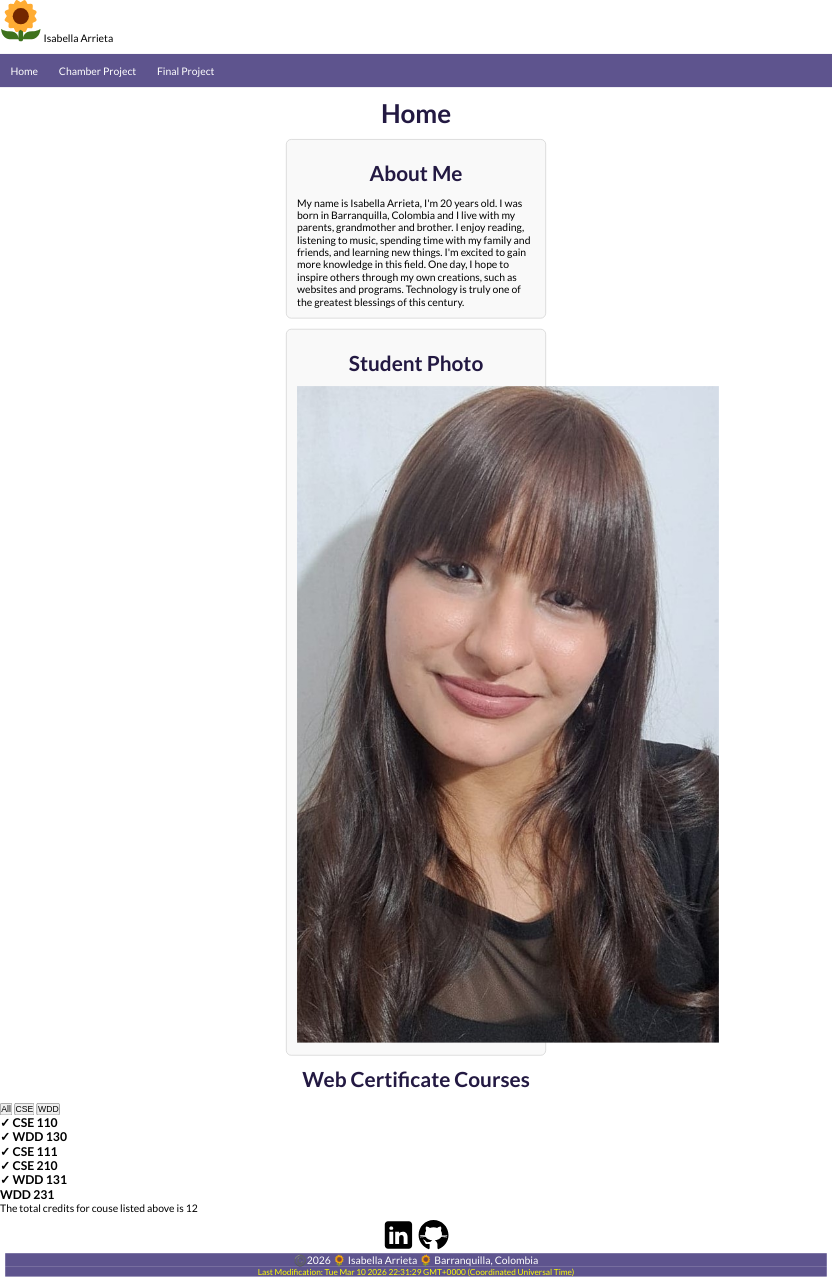
Repository: isaAJ05/wdd231
Page: index.html
The author's editor kept a copy of each file at every save. The page is drawn from the files as they stood at one save, then again after the next save.
The browser window is 1280 px wide. The pictures show the whole page, at 65% of full size.
Some web fonts or font styles are not loaded; a fallback is used.

Above is the page before, as saved 2026-03-10 23:43:28.

### index.html
<!DOCTYPE html>
<html lang="en">
<head>
    <meta charset="UTF-8">
    <meta name="viewport" content="width=device-width, initial-scale=1.0">
    <title>WDD 231 – Web Frontend Development I – Isabella Arrieta</title>
    <meta name="description" content="WDD 231 – Web Frontend Development I Isabella Arrieta, This is a page about me">
    <meta name="author" content="Isabella Arrieta">
    <link rel="stylesheet" href="styles/normalize.css">
    <link rel="preconnect" href="https://fonts.googleapis.com">
    <link rel="preconnect" href="https://fonts.gstatic.com" crossorigin>
    <link href="https://fonts.googleapis.com/css2?family=Lato:ital,wght@0,100;0,300;0,400;0,700;0,900;1,100;1,300;1,400;1,700;1,900&family=Open+Sans:ital,wght@0,300..800;1,300..800&family=Play:wght@400;700&family=Raleway:ital,wght@0,100..900;1,100..900&display=swap" rel="stylesheet">
    <script src="scripts/getdates.js" defer></script>
    <script src="scripts/hamburguer.js" defer></script>
    <script src="scripts/courses.js" defer></script>
</head>
<body>
    <header>
        <div class="title">
            <img src="images/sunflower-svgrepo-com.svg" alt="Isabella Arrieta logo">
            <span>Isabella Arrieta</span>
        </div>
        <button id="menu" aria-label="Open menu"></button>
        <nav>
            <ul class="navigation">
			<li><a href="index.html">Home</a></li>
			<li><a href="#" class="chamber">Chamber Project</a></li>
			<li><a href="#" class="final">Final Project</a></li>
		</ul>
        </nav>
    </header>
    <main>
        <h1>Home</h1>
        <section class="card">
            <div class="rectangle">
                <h2>About Me</h2>
            </div>
            <div class="presentation">
            <p>My name is Isabella Arrieta, I'm 20 years old. I was born in Barranquilla, Colombia and I live with my parents, grandmother and brother. I enjoy reading, listening to music, spending time with my family and friends, and learning new things. I'm excited to gain more knowledge in this field. One day, I hope to inspire others through my own creations, such as websites and programs. Technology is truly one of the greatest blessings of this century.</p>
            </div>
            </section>

        <section class="card">
            <div class="rectangle">
                <h2>Student Photo</h2>
            </div>
            <img src ="images/isa.jpg" alt="Isabella Arrieta picture">
            </section>

        <section class="card2">
            <div class="rectangle">
                <h2>Web Certificate Courses</h2>
            </div>
               <div class="course-buttons">
                <button id="all">All</button>
                <button id="cse">CSE</button>
                <button id="wdd">WDD</button>
            </div>

            <div id="courses"></div>

            <p>The total credits for couse listed above is <span id="totalCredits"></span></p>

        </section>
    </main>
    <footer>
        <div class ="icons">
                <a href="https://www.linkedin.com/in/isabella-arrieta/" target="_blank"><img src="images/icons8-linkedin.svg" alt="LinkedIn icon"></a>
                <a href="https://github.com/isaaj05" target="_blank"><img src="images/icons8-github.svg" alt="GitHub icon"></a>
        </div>
        <p>
            ©️<span id="currentyear"></span> 🌻 Isabella Arrieta 🌻 Barranquilla, Colombia
        </p>
        <p class="last-modified">
            <span id="lastModified"></span>
        </p>
    </footer>

</body>
</html>

### styles/normalize.css
:root {
    --primary-color: #231942;
    --secondary-color: #5e548e;
    --font: "Lato", sans-serif;
}
* {
	margin: 0;
	padding: 0;
	box-sizing: border-box;
}
body{
	font-family: var(--font);
}
h1 {
	text-align: left;
	color: var(--primary-color);
	font-size: 1.5rem;
	margin-left: 1rem;
	position: left;
}

h2 {
	font-size: 1.2rem;
	color: var(--primary-color);
	text-align: left;
	margin: 1rem;
	}
header {
    position: relative;

}
nav {
	margin: 1rem auto;
}

/* small view navigation */
#menu {
	font-size: 1.5rem;
	border: 0;
	background: none;
	color: #000;
 	position: absolute;
  top: 1rem;
	right: 1rem;
}

#menu::before {
	content: "☰";
}

#menu.open::before {
	content: "✖️";
}

.navigation {
	display: flex;
	flex-direction: column;
	list-style: none;
	background-color: var(--secondary-color);
	color: #fff;
}

.navigation a {
	display: none;
	padding: 1rem;
	text-align: center;
	text-decoration: none;
	color: #fff;
}
.navigation a:hover {
	background-color: #bbb;
	color: #333;
	font-weight: 700;
}

/* when the button is clicked - the open class is toggled (added/removed) */
.open a {
	display: block;
}

.active::before {
	content: "📍";  /* just a wayfinding symbol for the user */
}

.card {
	border: 1px solid #ccc;
	border-radius: 8px;
	padding: 1rem;
	margin: 1rem auto;
	max-width: 400px;
	background-color: #f9f9f9;
}
.rectangle{
	border

}

footer {
    color:  #fff;
    text-align: center;
    padding: 8px;
}
footer p {
    background: var(--secondary-color);
}
.last-modified {
    font-size: 0.8rem;
    color: yellow;
}

/* large view navigation ************************************/
@media (min-width: 37.5em) {
	h1 {
		font-size: 2.5rem;
		margin-left: 0;
		text-align: center;
	}

	h2 {
		font-size: 2rem;
		text-align: center;
	}

	#menu {
		display: none; /* hide hamburger button */
	}

	.navigation {
		flex-direction: row;
	}

	.navigation a {
		display: block;
		flex: 1 1 100%;
	}

	.stuff {
		margin: 1rem auto;
	}
}

### scripts/getdates.js
const year = document.querySelector("#currentyear");
const today = new Date();
year.innerHTML = `<span class="highlight">${today.getFullYear()}</span>`;
const lastMod = document.querySelector("#lastModified");
let oLastModif = new Date(document.lastModified);
lastMod.innerHTML = `Last Modification: <span class="highlight">${oLastModif}</span>`;

### scripts/hamburguer.js
const hamButton = document.querySelector('#menu');
const navigation = document.querySelector('.navigation');
const title = document.querySelector('.title');

hamButton.addEventListener('click', () => {
	navigation.classList.toggle('open');
    hamButton.classList.toggle('open');
    title.classList.toggle('open');
});

### scripts/courses.js
// here we select the elements we need to interact with
const courseContainer = document.querySelector("#courses"); // container for the course cards
const totalCredits = document.querySelector("#totalCredits"); // element to display total credits
// buttons to filter courses
const allBtn = document.querySelector("#all");
const cseBtn = document.querySelector("#cse");
const wddBtn = document.querySelector("#wdd");
// array given by the university with all the courses in the web certificate program
const courses = [
    {
        subject: 'CSE',
        number: 110,
        title: 'Introduction to Programming',
        credits: 2,
        certificate: 'Web and Computer Programming',
        description: 'This course will introduce students to programming. It will introduce the building blocks of programming languages (variables, decisions, calculations, loops, array, and input/output) and use them to solve problems.',
        technology: [
            'Python'
        ],
        completed: true
    },
    {
        subject: 'WDD',
        number: 130,
        title: 'Web Fundamentals',
        credits: 2,
        certificate: 'Web and Computer Programming',
        description: 'This course introduces students to the World Wide Web and to careers in web site design and development. The course is hands on with students actually participating in simple web designs and programming. It is anticipated that students who complete this course will understand the fields of web design and development and will have a good idea if they want to pursue this degree as a major.',
        technology: [
            'HTML',
            'CSS'
        ],
        completed: true
    },
    {
        subject: 'CSE',
        number: 111,
        title: 'Programming with Functions',
        credits: 2,
        certificate: 'Web and Computer Programming',
        description: 'CSE 111 students become more organized, efficient, and powerful computer programmers by learning to research and call functions written by others; to write, call , debug, and test their own functions; and to handle errors within functions. CSE 111 students write programs with functions to solve problems in many disciplines, including business, physical science, human performance, and humanities.',
        technology: [
            'Python'
        ],
        completed: true
    },
    {
        subject: 'CSE',
        number: 210,
        title: 'Programming with Classes',
        credits: 2,
        certificate: 'Web and Computer Programming',
        description: 'This course will introduce the notion of classes and objects. It will present encapsulation at a conceptual level. It will also work with inheritance and polymorphism.',
        technology: [
            'C#'
        ],
        completed: true
    },
    {
        subject: 'WDD',
        number: 131,
        title: 'Dynamic Web Fundamentals',
        credits: 2,
        certificate: 'Web and Computer Programming',
        description: 'This course builds on prior experience in Web Fundamentals and programming. Students will learn to create dynamic websites that use JavaScript to respond to events, update content, and create responsive user experiences.',
        technology: [
            'HTML',
            'CSS',
            'JavaScript'
        ],
        completed: true
    },
    {
        subject: 'WDD',
        number: 231,
        title: 'Frontend Web Development I',
        credits: 2,
        certificate: 'Web and Computer Programming',
        description: 'This course builds on prior experience with Dynamic Web Fundamentals and programming. Students will focus on user experience, accessibility, compliance, performance optimization, and basic API usage.',
        technology: [
            'HTML',
            'CSS',
            'JavaScript'
        ],
        completed: false
    }
]
// function to display the courses on the page
function displayCourses(courseList) {
    courseContainer.innerHTML = ""; // clear the container before adding new courses

    courseList.forEach(course => {
        const card = document.createElement("div"); // create a card for each course
        card.classList.add("course-card");

        if (course.completed) {
            card.classList.add("completed");// add a class to indicate the course is completed
        }

        card.innerHTML = `
            <h3>${course.completed ? '✓' : ''} ${course.subject} ${course.number}</h3>
        `;

        courseContainer.appendChild(card); // add the card to the container
    });

    calculateCredits(courseList);
}
function calculateCredits(courseList) {
    const total = courseList.reduce((sum, course) => sum + course.credits, 0); // calculate the total credits by summing the credits of all courses in the list
    totalCredits.textContent = total;
}

allBtn.addEventListener("click", () => {
    displayCourses(courses);
});

cseBtn.addEventListener("click", () => {
    const cseCourses = courses.filter(course => course.subject === "CSE");
    displayCourses(cseCourses);
});

wddBtn.addEventListener("click", () => {
    const wddCourses = courses.filter(course => course.subject === "WDD");
    displayCourses(wddCourses);
});

displayCourses(courses);

After the next save:
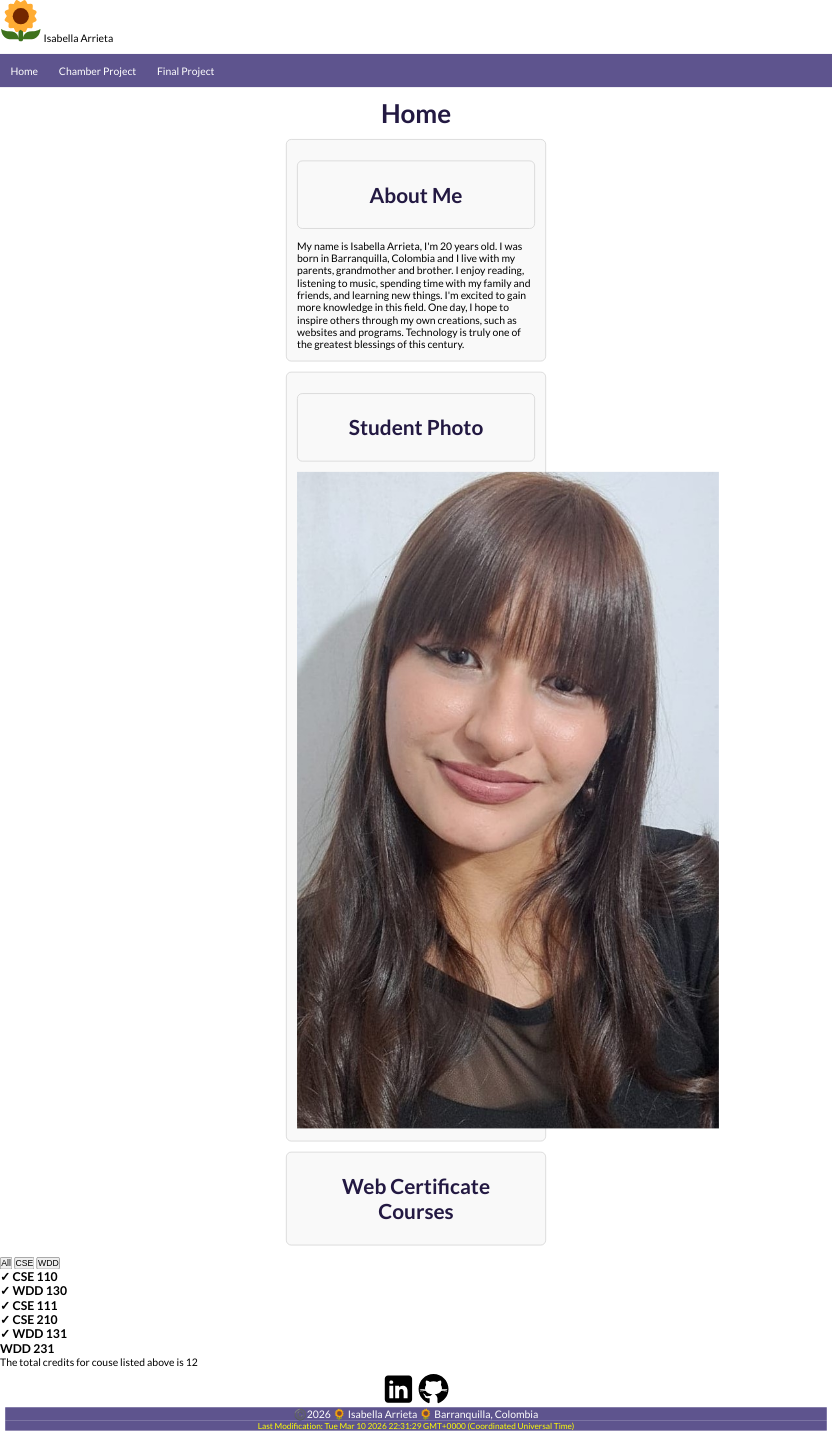
Saved 12 s later.
--- a/styles/normalize.css
+++ b/styles/normalize.css
@@ -91,7 +91,12 @@ nav {
 	background-color: #f9f9f9;
 }
 .rectangle{
-	border
+	border: 1px solid #ccc;
+	border-radius: 8px;
+	padding: 1rem;
+	margin: 1rem auto;
+	max-width: 400px;
+	background-color: #f9f9f9;
 
 }
 
